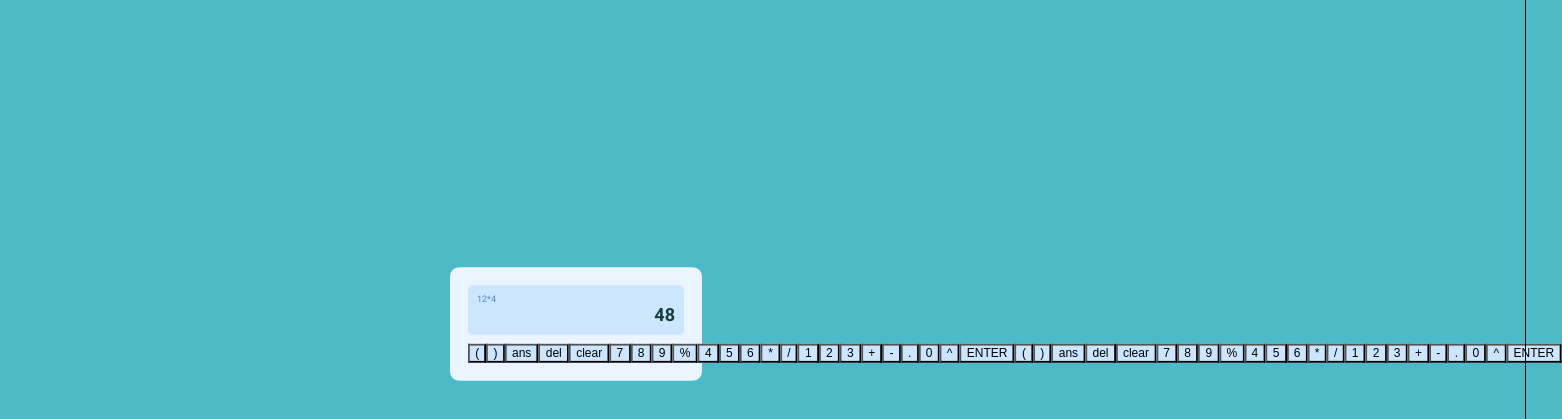
Repository: Herinyhert/Calculate-infix-a-postfix
Page: index.html
An editor plug-in stored every save of this project. The page is shown before and after a run of saves, followed by the edit.
The browser window is 1280 px wide. The page is 1735 px wide, then 1643 px, so the pictures cover 1735 px, including what lies to the right of the window. The pictures show the whole page, at 90% of full size.

Above is the page before, as saved 2023-11-02 19:22:05.

### index.html
<html lang="en">
  <head>
    <meta charset="UTF-8" />
    <meta http-equiv="X-UA-Compatible" content="IE=edge" />
    <meta name="viewport" content="width=device-width, initial-scale=1.0" />
    <title>Calculator</title>
    <link rel="preconnect" href="https://fonts.googleapis.com" />
    <link rel="preconnect" href="https://fonts.gstatic.com" crossorigin />
    <link
      href="https://fonts.googleapis.com/css2?family=Roboto:wght@300;400;500;700&display=swap"
      rel="stylesheet"
    />
    <link rel="stylesheet" href="css/index.css" />
  </head>
  <body>
    <div class="caculate-container">
      <div class="calculator-result-preview">
        <div id="operation">12*4</div>
        <div id="operation-result">48</div>
      </div>
      <div id="calculator-buttons"></div>
    </div>
    <script src="js/index.js" type="module"></script>
  </body>
</html>

### css/index.css
body{
    display: flex;
    justify-content: center;
    align-items: center;
    min-height: 100vh;
    background-color: #4dbac8;
    box-sizing: border-box;
    margin: 0;
    padding: 0;
    font-family: 'Roboto', sans-serif;
}
.caculate-container{
    background-color: #ebf5ff;
    padding: 20px;
    border-radius: 10px;
    width: 240px;
}
.calculator-result-preview{
    background-color: #cce6ff;
    width: auto;
    border-radius: 5px;
    padding: 10px;
}
#operation{
    color: #4f8ac5;
    font-size: 10px;
}
#operation-result{
    color: #173c3d;
    font-size: 20px;
    font-weight: bold;
    display: flex;
    justify-content: flex-end;
}
#calculator-buttons{
    display:flex;
    justify-content: space-between;
    margin-top: 10px;
}
.button{
    background-color: #cce6ff;
    padding: ;
}

### js/index.js
import { buttons } from './buttons.js';
const buttonContainer = document.getElementById('calculator-buttons');
buttons.forEach(button => {
    const buttonElement = document.createElement('button');
    buttonElement.className = button.className;
    buttonElement.innerText = button.value.toString();
    buttonContainer.appendChild(buttonElement);
});

### js/buttons.js
import { calculate } from "./calculator.js";
let operation = "";
const operationContainer = document.getElementById("operation");
const operationResult = document.getElementById("operation-result");
const buttonContainer = document.getElementById("calculator-buttons");
function addValue(value) {
    operation += value;
    operationContainer.innerHTML = operation;
}
function handleCalculate(operation) {
    operationResult.innerHTML = calculate(operation).toString();
}
function handleClear() {
    operation = "";
    operationContainer.innerHTML = "";
    operationResult.innerHTML = "0";
}
function handleDelete() {
    operation = operation.slice(0, operation.length - 1);
    operationContainer.innerHTML = operation;
}
export const buttons = [
    {
        value: "(",
        className: "button small dark",
        action: addValue,
    },
    {
        value: ")",
        className: "button small dark",
        action: addValue,
    },
    {
        value: "ans",
        className: "button small dark",
        action: addValue,
    },
    {
        value: "del",
        className: "button small dark",
        action: handleDelete,
    },
    {
        value: "clear",
        className: "button small dark",
        action: handleClear,
    },
    {
        value: "7",
        className: "button",
        action: addValue,
    },
    {
        value: "8",
        className: "button",
        action: addValue,
    },
    {
        value: "9",
        className: "button",
        action: addValue,
    },
    {
        value: "%",
        className: "button dark large",
        action: addValue,
    },
    //   {
    //     value: "√",
    //     className: "button dark",
    //     action: addValue,
    //   },
    {
        value: "4",
        className: "button",
        action: addValue,
    },
    {
        value: "5",
        className: "button",
        action: addValue,
    },
    {
        value: "6",
        className: "button",
        action: addValue,
    },
    {
        value: "*",
        className: "button dark",
        action: addValue,
    },
    {
        value: "/",
        className: "button dark",
        action: addValue,
    },
    {
        value: "1",
        className: "button",
        action: addValue,
    },
    {
        value: "2",
        className: "button",
        action: addValue,
    },
    {
        value: "3",
        className: "button",
        action: addValue,
    },
    {
        value: "+",
        className: "button dark",
        action: addValue,
    },
    {
        value: "-",
        className: "button dark",
        action: addValue,
    },
    {
        value: ".",
        className: "button dark",
        action: addValue,
    },
    {
        value: "0",
        className: "button",
        action: addValue,
    },
    {
        value: "^",
        className: "button dark",
        action: addValue,
    },
    {
        value: "ENTER",
        className: "button dark large",
        action: handleCalculate,
    },
];
buttons.forEach((button) => {
    const buttonElement = document.createElement("button");
    buttonElement.className = button.className;
    buttonElement.innerText = button.value.toString();
    if (button.value === "ENTER") {
        buttonElement.addEventListener("click", () => button.action(operation));
    }
    else {
        buttonElement.addEventListener("click", () => button.action(button.value.toLocaleString()));
    }
    buttonContainer === null || buttonContainer === void 0 ? void 0 : buttonContainer.appendChild(buttonElement);
});

### js/calculator.js
import { OPERATORS } from "./enums/operators.js";
const OPERAND_STACK = [];
const OPERATOR_STACK = [];
function isOperator(operator) {
    return (operator === OPERATORS.POW ||
        operator === OPERATORS.MINUS ||
        operator === OPERATORS.PLUS ||
        operator === OPERATORS.MULTIPLY ||
        operator === OPERATORS.DIVIDE ||
        operator === OPERATORS.MODULE);
}
function getProcedence(operator) {
    if (operator === OPERATORS.POW) {
        return 3;
    }
    else if (operator === OPERATORS.MULTIPLY ||
        operator === OPERATORS.DIVIDE ||
        operator === OPERATORS.MODULE) {
        return 2;
    }
    else if (operator === OPERATORS.PLUS || operator === OPERATORS.MINUS) {
        return 1;
    }
    return -1;
}
const action = {
    [OPERATORS.DIVIDE]: (leftNumber, rightNumber) => rightNumber / leftNumber,
    [OPERATORS.PLUS]: (leftNumber, rightNumber) => leftNumber + rightNumber,
    [OPERATORS.MINUS]: (leftNumber, rightNumber) => rightNumber - leftNumber,
    [OPERATORS.MULTIPLY]: (leftNumber, rightNumber) => leftNumber * rightNumber,
    [OPERATORS.MODULE]: (leftNumber, rightNumber) => leftNumber % rightNumber,
    [OPERATORS.POW]: (leftNumber, rightNumber) => Math.pow(leftNumber, rightNumber),
};
function calculateOperation() {
    const leftSideNumber = OPERATOR_STACK.pop(); //2
    const operation = OPERAND_STACK.pop(); //+
    const rightSideNumber = OPERATOR_STACK.pop(); //2
    return action[operation](leftSideNumber, rightSideNumber);
}
function evaluateExpression(expression) {
    for (let i = 0; i < expression.length; i++) {
        let currentOperation = expression[i];
        if (!isNaN(Number(currentOperation))) {
            let currentNumber = "";
            while (!isNaN(Number(currentOperation))) {
                currentNumber = `${currentNumber}${currentOperation}`;
                i++;
                if (i < expression.length) {
                    currentOperation = expression.charAt(i);
                }
                else {
                    break;
                }
            }
            i--;
            OPERATOR_STACK.push(Number(currentNumber));
        }
        else if (currentOperation === "(") {
            OPERAND_STACK.push(currentOperation);
        }
        else if (currentOperation === ")") {
            while (OPERAND_STACK[OPERAND_STACK.length - 1] !== "(") {
                const output = calculateOperation();
                OPERATOR_STACK.push(output);
            }
            OPERAND_STACK.pop();
        }
        else if (isOperator(currentOperation)) {
            while (OPERAND_STACK.length !== 0 &&
                getProcedence(currentOperation) <=
                    getProcedence(OPERAND_STACK[OPERAND_STACK.length - 1])) {
                const output = calculateOperation();
                OPERATOR_STACK.push(output);
            }
            OPERAND_STACK.push(currentOperation);
        }
    }
    while (OPERAND_STACK.length !== 0) {
        const output = calculateOperation();
        OPERATOR_STACK.push(output);
    }
    return OPERATOR_STACK.pop();
}
export function calculate(operation) {
    return evaluateExpression(operation);
}

### js/enums/operators.js
export var OPERATORS;
(function (OPERATORS) {
    OPERATORS["PLUS"] = "+";
    OPERATORS["MINUS"] = "-";
    OPERATORS["MULTIPLY"] = "*";
    OPERATORS["DIVIDE"] = "/";
    OPERATORS["SQUARE_ROOT"] = "\u221A";
    OPERATORS["MODULE"] = "%";
    OPERATORS["POW"] = "^";
})(OPERATORS || (OPERATORS = {}));

After the next 7 saves:
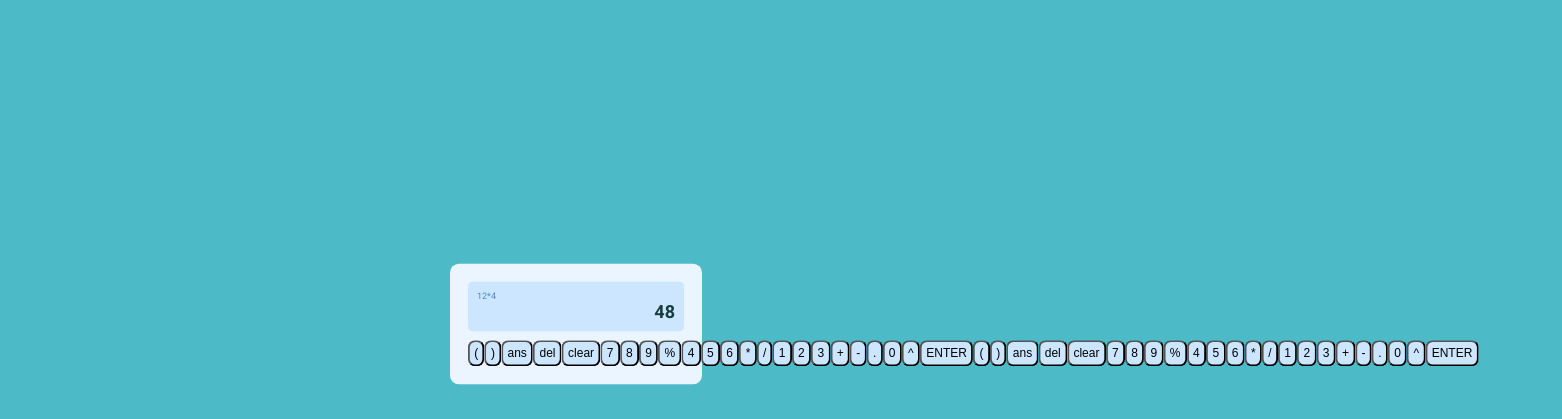
The 7 saves are shown as one change because they came seconds apart.
The last was saved 19 s later.
--- a/css/index.css
+++ b/css/index.css
@@ -39,5 +39,7 @@ body{
 }
 .button{
     background-color: #cce6ff;
-    padding: ;
+    padding: 5px;
+    border-radius: 8px;
+    wid
 }
